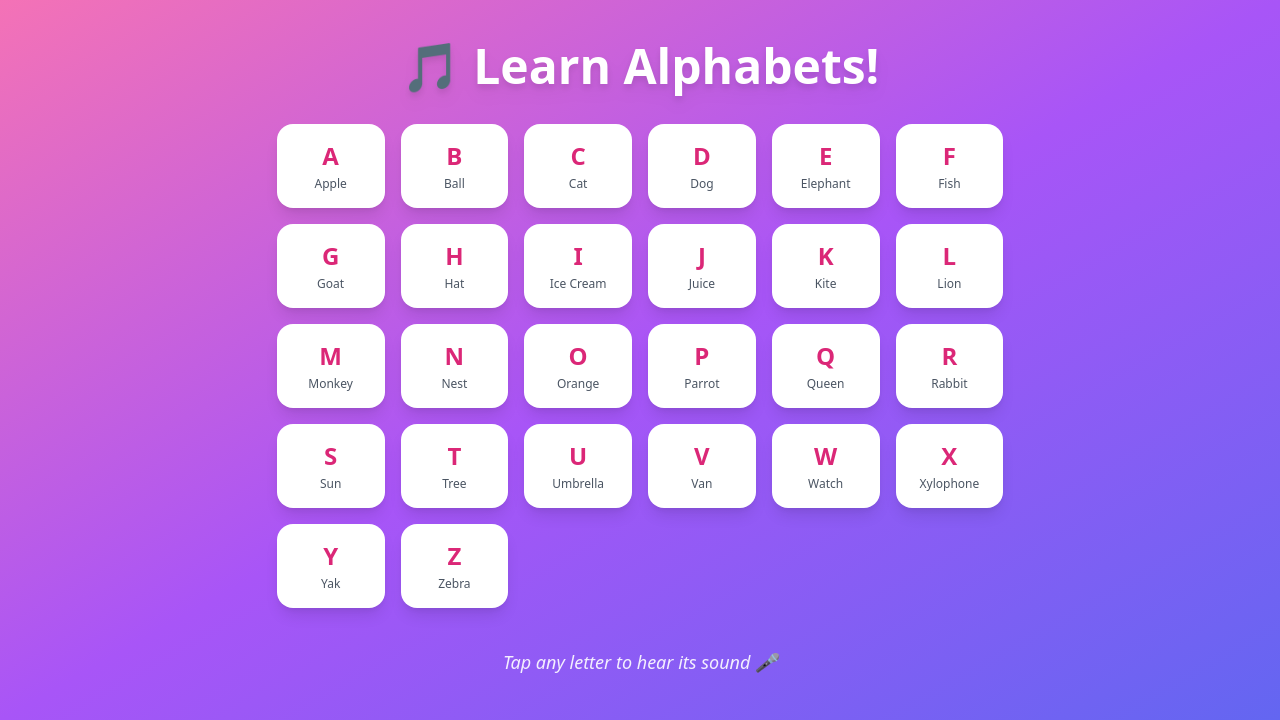
Repository: Prashant-singh01/playlearn-web
Page: /alphabets
These files come from the project's save history. The page is drawn as it stood at one moment and after the next save; the edit follows.
The browser window is 1280 px wide. The pictures show the whole page.
The project was rebuilt for these pictures with package versions that can differ from the ones it lists, and the page was loaded fresh each time. Also part of the build but not shown: vite.config.js, src/pages/KidHome.jsx, src/App.jsx.

Above is the page before, as saved 2025-11-12 12:24:31.

### index.html
<!doctype html>
<html lang="en">
  <head>
    <meta charset="UTF-8" />
    <link rel="icon" type="image/svg+xml" href="/vite.svg" />
    <meta name="viewport" content="width=device-width, initial-scale=1.0" />
    <title>playlearn-web</title>
  </head>
  <body>
    <div id="root"></div>
    <script type="module" src="/src/main.jsx"></script>
  </body>
</html>

### src/main.jsx
import React from "react";
import ReactDOM from "react-dom/client";
import { BrowserRouter, Routes, Route } from "react-router-dom";
import App from "./App.jsx";
import KidHome from "./pages/KidHome.jsx";
import Alphabets from "./pages/Alphabets.jsx";
import "./index.css";

ReactDOM.createRoot(document.getElementById("root")).render(
  <React.StrictMode>
    <BrowserRouter>
      <Routes>
        <Route path="/" element={<App />} />
        <Route path="/home" element={<KidHome />} />
        <Route path="/alphabets" element={<Alphabets />} />
      </Routes>
    </BrowserRouter>
  </React.StrictMode>
);

### src/pages/Alphabets.jsx
import React from "react";

const letters = [
  { letter: "A", word: "Apple" },
  { letter: "B", word: "Ball" },
  { letter: "C", word: "Cat" },
  { letter: "D", word: "Dog" },
  { letter: "E", word: "Elephant" },
  { letter: "F", word: "Fish" },
  { letter: "G", word: "Goat" },
  { letter: "H", word: "Hat" },
  { letter: "I", word: "Ice Cream" },
  { letter: "J", word: "Juice" },
  { letter: "K", word: "Kite" },
  { letter: "L", word: "Lion" },
  { letter: "M", word: "Monkey" },
  { letter: "N", word: "Nest" },
  { letter: "O", word: "Orange" },
  { letter: "P", word: "Parrot" },
  { letter: "Q", word: "Queen" },
  { letter: "R", word: "Rabbit" },
  { letter: "S", word: "Sun" },
  { letter: "T", word: "Tree" },
  { letter: "U", word: "Umbrella" },
  { letter: "V", word: "Van" },
  { letter: "W", word: "Watch" },
  { letter: "X", word: "Xylophone" },
  { letter: "Y", word: "Yak" },
  { letter: "Z", word: "Zebra" },
];

export default function Alphabets() {
  const playSound = (letter) => {
    const audio = new Audio(`/sounds/${letter}.mp3`);
    audio
      .play()
      .then(() => console.log(`🔊 Playing sound for ${letter}`))
      .catch(() => alert(`❌ Sound for ${letter} not found!`));
  };

  return (
    <div className="flex flex-col items-center justify-center min-h-screen bg-gradient-to-br from-pink-400 via-purple-500 to-indigo-500 text-white">
      <h1 className="text-5xl font-extrabold mb-8 drop-shadow-lg animate-bounce">
        🎵 Learn Alphabets!
      </h1>

      <div className="grid grid-cols-4 sm:grid-cols-6 gap-4">
        {letters.map(({ letter, word }) => (
          <button
            key={letter}
            onClick={() => playSound(letter)}
            className="bg-white text-pink-600 font-bold text-2xl py-4 px-6 rounded-2xl shadow-lg hover:scale-105 hover:bg-pink-100 active:scale-95 transition-transform duration-200"
          >
            {letter}
            <p className="text-xs text-gray-600 mt-1 font-medium">{word}</p>
          </button>
        ))}
      </div>

      <p className="mt-10 text-lg italic text-white/90">
        Tap any letter to hear its sound 🎤
      </p>
    </div>
  );
}

Loaded but not shown: src/index.css (common file); tailwind.config.js (common file)

After the next save:
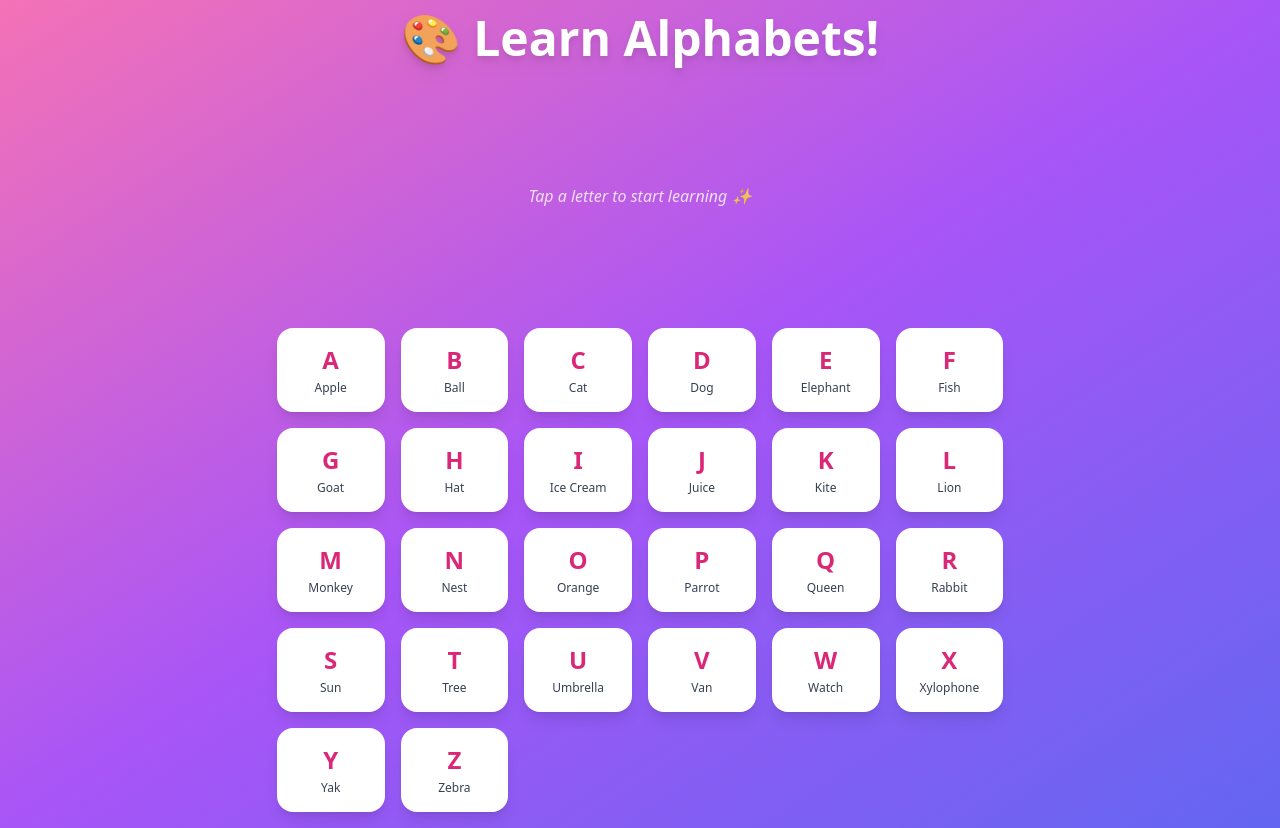
Saved 21 h 11 min later.
--- a/src/pages/Alphabets.jsx
+++ b/src/pages/Alphabets.jsx
@@ -1,4 +1,4 @@
-import React from "react";
+import React, { useState } from "react";
 
 const letters = [
   { letter: "A", word: "Apple" },
@@ -30,36 +30,75 @@ const letters = [
 ];
 
 export default function Alphabets() {
-  const playSound = (letter) => {
-    const audio = new Audio(`/sounds/${letter}.mp3`);
-    audio
-      .play()
-      .then(() => console.log(`🔊 Playing sound for ${letter}`))
-      .catch(() => alert(`❌ Sound for ${letter} not found!`));
+  const [activeLetter, setActiveLetter] = useState(null);
+  const [fade, setFade] = useState(false);
+
+  const handleClick = (letter) => {
+    setFade(false);
+    setActiveLetter(letter);
+
+    // Fade animation reset
+    setTimeout(() => setFade(true), 50);
+
+    // Play sound after small delay (image first)
+    setTimeout(() => {
+      const audio = new Audio(`/sounds/${letter}.mp3`);
+      audio
+        .play()
+        .then(() => console.log(`🔊 Playing ${letter}`))
+        .catch(() => alert(`❌ Sound for ${letter} not found!`));
+    }, 600);
   };
 
   return (
-    <div className="flex flex-col items-center justify-center min-h-screen bg-gradient-to-br from-pink-400 via-purple-500 to-indigo-500 text-white">
+    <div className="flex flex-col items-center justify-center min-h-screen bg-gradient-to-br from-pink-400 via-purple-500 to-indigo-500 text-white p-4">
       <h1 className="text-5xl font-extrabold mb-8 drop-shadow-lg animate-bounce">
-        🎵 Learn Alphabets!
+        🎨 Learn Alphabets!
       </h1>
 
+      {/* Image display */}
+      <div className="flex flex-col items-center justify-center mb-8 min-h-[200px]">
+        {activeLetter ? (
+          <div
+            className={`flex flex-col items-center transition-all duration-700 ${
+              fade ? "opacity-100 scale-100" : "opacity-0 scale-90"
+            }`}
+          >
+            <img
+              src={`/images/${activeLetter}.jpg`}
+              alt={activeLetter}
+              className="w-48 h-48 rounded-2xl shadow-2xl object-cover"
+              onError={(e) => (e.target.style.display = "none")}
+            />
+            <p className="mt-4 text-3xl font-semibold">
+              {activeLetter} for{" "}
+              {letters.find((l) => l.letter === activeLetter)?.word}
+            </p>
+          </div>
+        ) : (
+          <p className="italic text-white/80">
+            Tap a letter to start learning ✨
+          </p>
+        )}
+      </div>
+
+      {/* Alphabet buttons */}
       <div className="grid grid-cols-4 sm:grid-cols-6 gap-4">
         {letters.map(({ letter, word }) => (
           <button
             key={letter}
-            onClick={() => playSound(letter)}
-            className="bg-white text-pink-600 font-bold text-2xl py-4 px-6 rounded-2xl shadow-lg hover:scale-105 hover:bg-pink-100 active:scale-95 transition-transform duration-200"
+            onClick={() => handleClick(letter)}
+            className={`${
+              activeLetter === letter
+                ? "bg-yellow-300 text-pink-700 scale-110"
+                : "bg-white text-pink-600"
+            } font-bold text-2xl py-4 px-6 rounded-2xl shadow-lg hover:scale-105 active:scale-95 transition-transform duration-200`}
           >
             {letter}
-            <p className="text-xs text-gray-600 mt-1 font-medium">{word}</p>
+            <p className="text-xs text-gray-700 mt-1 font-medium">{word}</p>
           </button>
         ))}
       </div>
-
-      <p className="mt-10 text-lg italic text-white/90">
-        Tap any letter to hear its sound 🎤
-      </p>
     </div>
   );
 }
